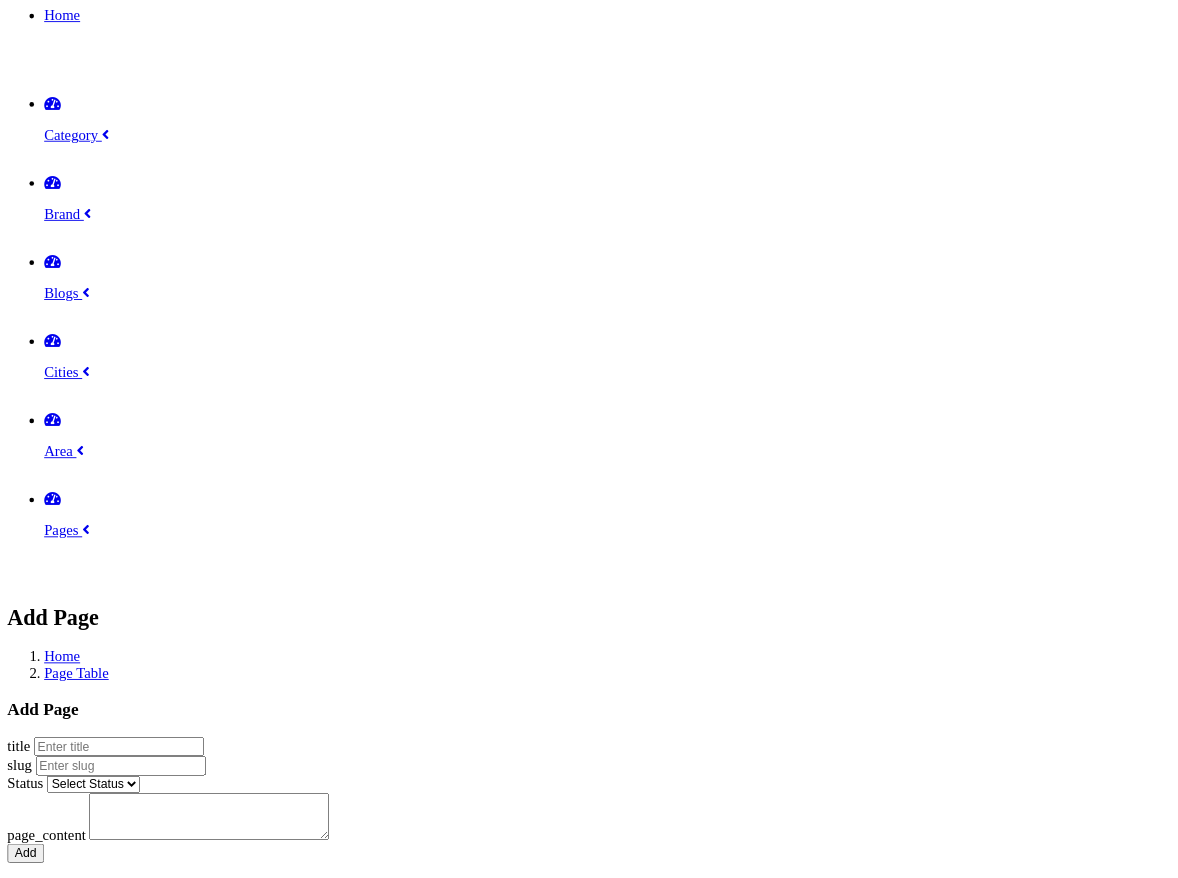
Repository: samiraelshon123/LP_Project
Page: http://localhost/admin/Page/create
An editor plug-in stored every save of this project. The page is shown before and after the next save, followed by the edit.
The browser window is 1280 px wide. The pictures show the whole page, at 92% of full size.
Some web fonts or font styles are not loaded; a fallback is used. The page is served by the project's Laravel application, run on PHP 8.4 with Laravel 9. A made-up administrator, Test User (test@example.com), is signed in.

Above is the page before, as saved 2023-05-29 23:00:28.
Console error: ReferenceError: $ is not defined

After the next save:
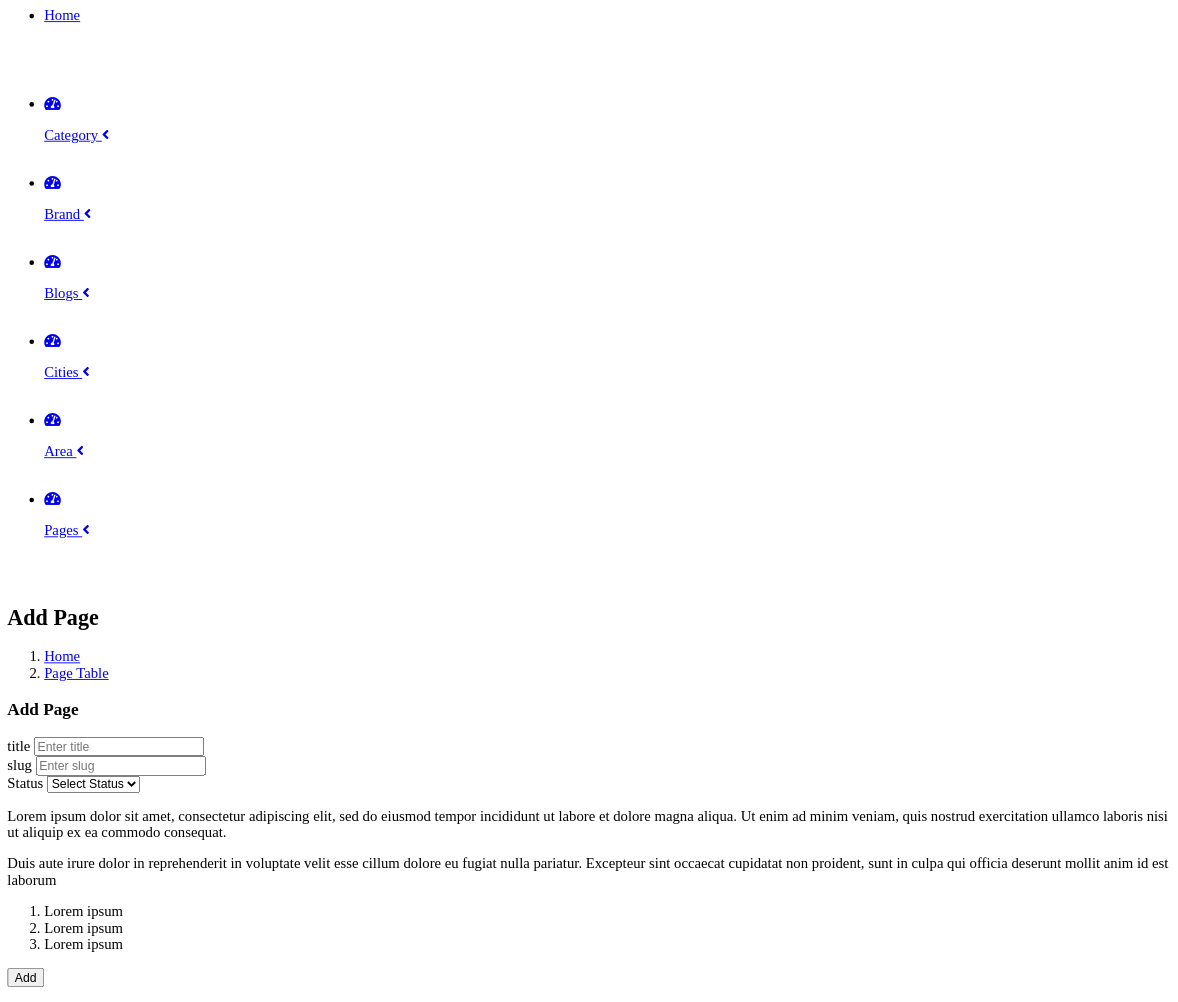
Saved 44 s later.
--- a/resources/views/admin/pages/create.blade.php
+++ b/resources/views/admin/pages/create.blade.php
@@ -63,10 +63,15 @@
 
                 </select>
               </div>
-              <div class="form-group col-6">
-                <label for="exampleInputEmail1" id="summernote">page_content</label>
-                <textarea id="" cols="30" rows="3" class="form-control" name="page_content" >{{old('page_content')}}</textarea>
-              </div>
+              <div id="summernote">
+    <p>Lorem ipsum dolor sit amet, consectetur adipiscing elit, sed do eiusmod tempor incididunt ut labore et dolore magna aliqua. Ut enim ad minim veniam, quis nostrud exercitation ullamco laboris nisi ut aliquip ex ea commodo consequat.</p>
+    <p>Duis aute irure dolor in reprehenderit in voluptate velit esse cillum dolore eu fugiat nulla pariatur. Excepteur sint occaecat cupidatat non proident, sunt in culpa qui officia deserunt mollit anim id est laborum</p>
+    <ol>
+        <li>Lorem ipsum</li>
+        <li>Lorem ipsum</li>
+        <li>Lorem ipsum</li>
+    </ol>
+</div>
 
 
 
